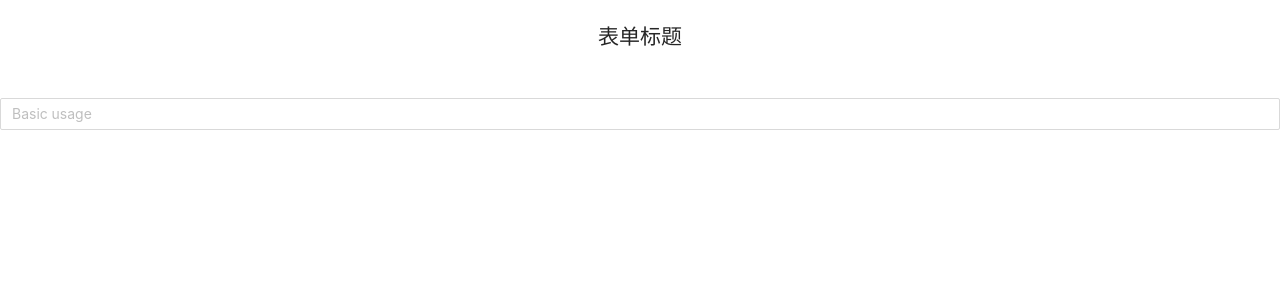
Repository: yangdi1993/form
Page: /
These files come from the project's save history. The page is drawn as it stood at one moment and after the next save; the edit follows.
The browser window is 1280 px wide. The pictures show the whole page.
The project was rebuilt for these pictures with package versions that can differ from the ones it lists, and the page was loaded fresh each time.

Above is the page before, as saved 2020-04-01 12:19:24.

### src/App.js
import React from 'react';
import './App.scss';
import {Input} from 'antd';
const App = () => (
  <div className="App">
    <div className="form-head">
      <h2>表单标题</h2>
    </div>
    <div className="question-list">
      <p className="input-title"></p>
      <Input placeholder="Basic usage" />
    </div>
    <div className="form-submit">
    </div>
  </div>
);

export default App;

### src/App.scss
@import '~antd/dist/antd.css';
.App {
  text-align: left;
  .form-head{
    text-align: center;
    padding: 20px;
  }
  .question-list{
    .input-title{

    }
  }
}

.ar-App {
  direction: rtl;
  unicode-bidi: isolate
}

Loaded but not shown: public/index.html (common file); src/index.js (common file); src/index.css (common file); src/serviceWorker.js (common file)

After the next save:
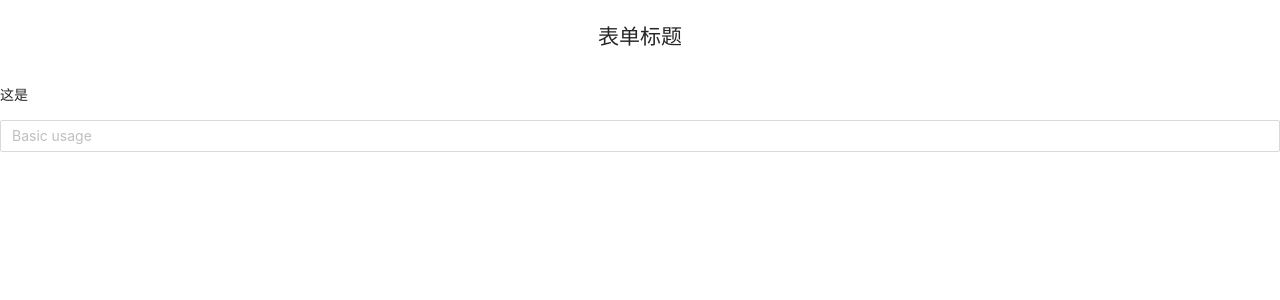
Saved 18 s later.
--- a/src/App.js
+++ b/src/App.js
@@ -7,7 +7,7 @@ const App = () => (
       <h2>表单标题</h2>
     </div>
     <div className="question-list">
-      <p className="input-title"></p>
+      <p className="input-title">这是</p>
       <Input placeholder="Basic usage" />
     </div>
     <div className="form-submit">
